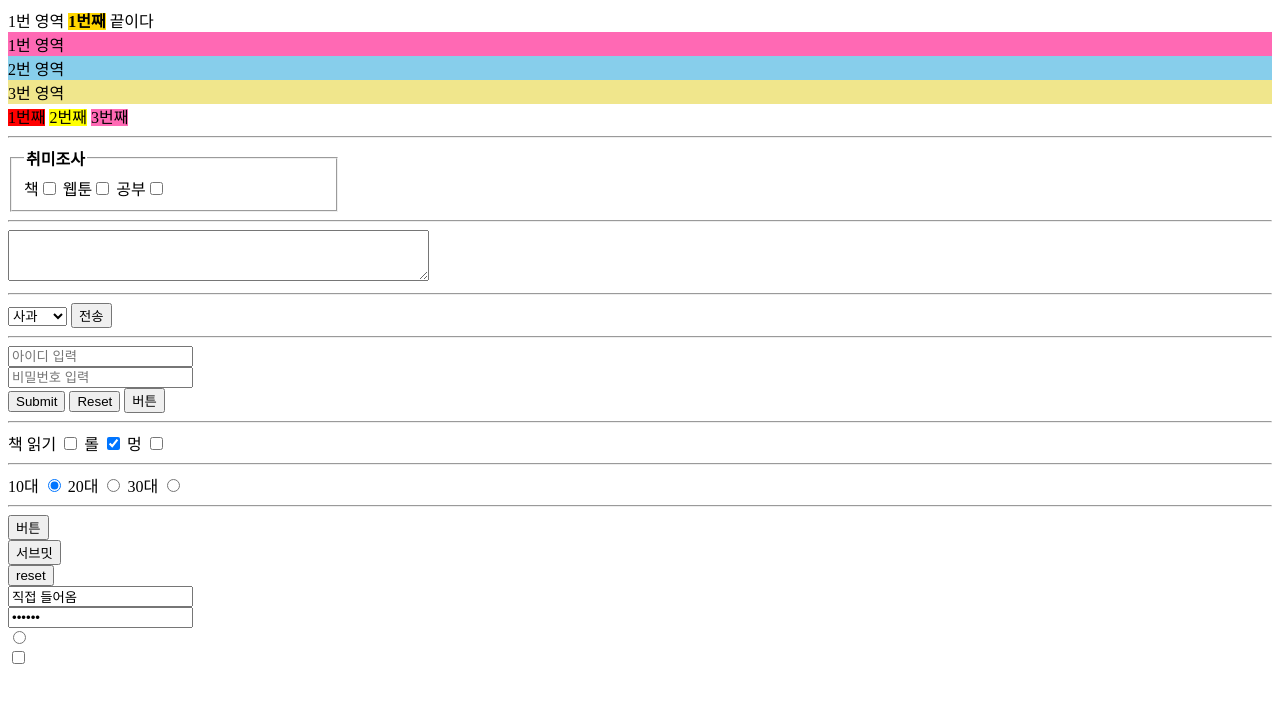
Repository: basstpgns/20201029html
Page: jsp/html/test02.html
An editor plug-in stored every save of this project. The page is shown before and after a run of saves, followed by the edit.
The browser window is 1280 px wide. The pictures show the whole page.

Above is the page before, as saved 2020-10-30 04:49:03.

After the next 2 saves:
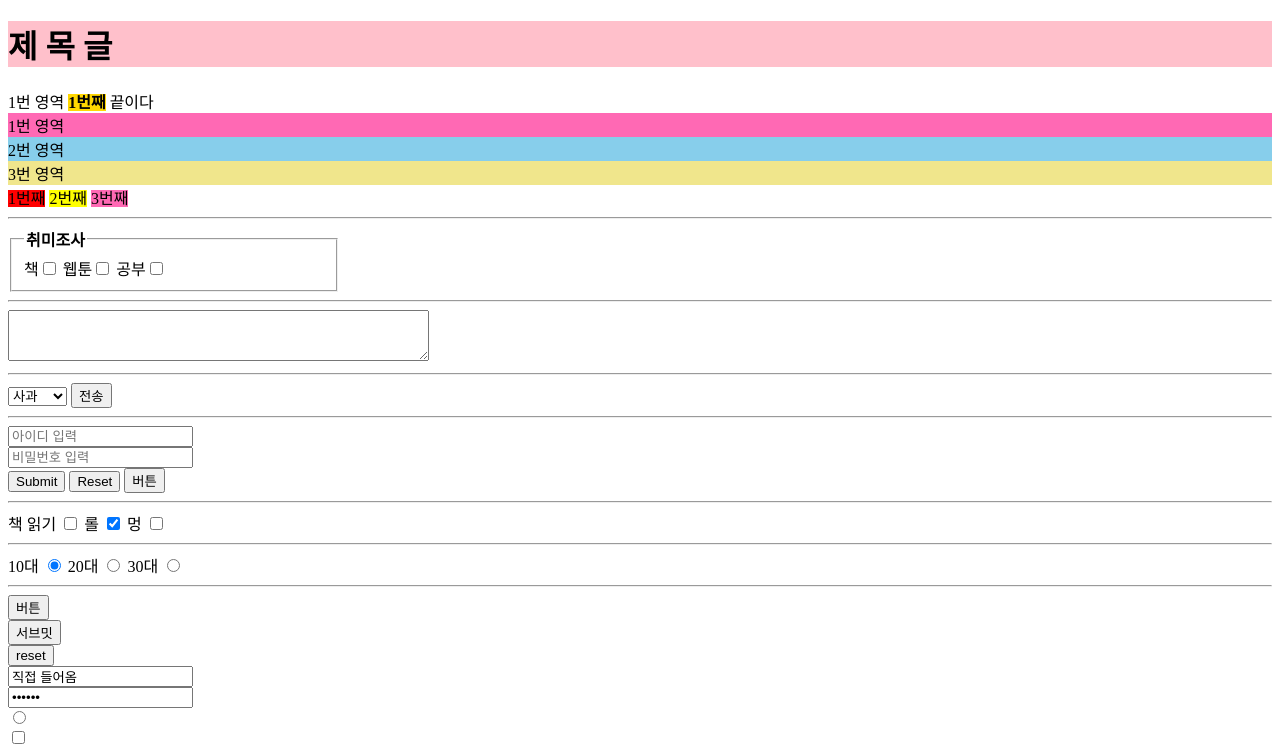
The 2 saves are shown as one change because they came seconds apart.
The last was saved 18 s later.
--- a/jsp/html/test02.html
+++ b/jsp/html/test02.html
@@ -5,18 +5,19 @@
 <title>Insert title here</title>
 </head>
 <body>
-<header style="background-color:  pink;">
+	<header style="background-color: pink;">
+		<h1>제 목 글</h1>
 
-</header>
+	</header>
 	<div>
-		1번 영역
-		<span style="background-color: gold;"><b>1번째</b></span>
-		끝이다
-	</div><!-- 블록 단위로 구분 -->
+		1번 영역 <span style="background-color: gold;"><b>1번째</b></span> 끝이다
+	</div>
+	<!-- 블록 단위로 구분 -->
 	<div style="background-color: hotpink;">1번 영역</div>
 	<div style="background-color: skyblue;">2번 영역</div>
 	<div style="background-color: khaki;">3번 영역</div>
-	<span style="background-color: red">1번째</span><!-- 인라인 방식 -->
+	<span style="background-color: red">1번째</span>
+	<!-- 인라인 방식 -->
 	<span style="background-color: yellow">2번째</span>
 	<span style="background-color: hotpink">3번째</span>
 	<hr>
